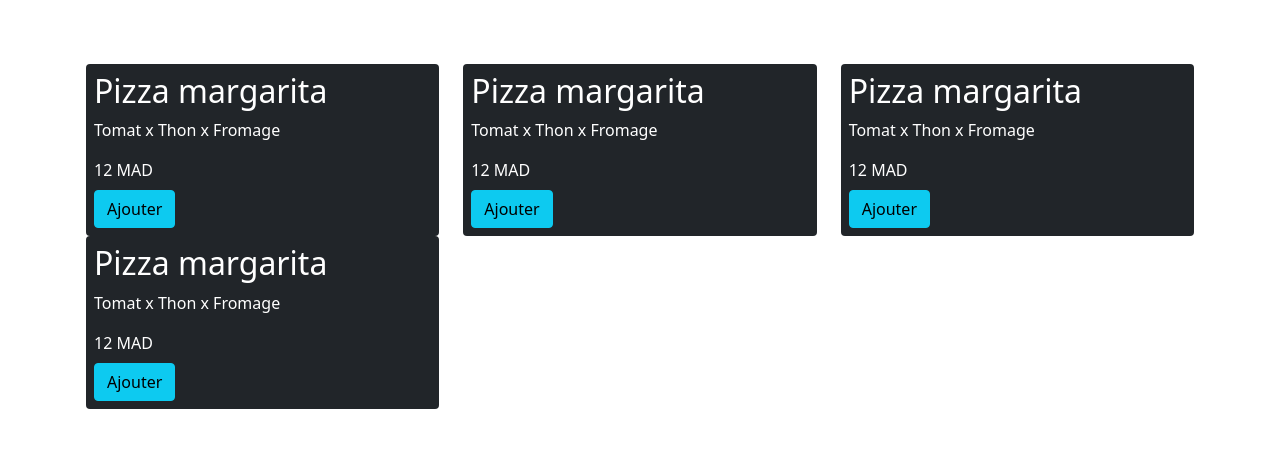
Repository: FS-23/my-restaurant
Page: /
These files come from the project's save history. The page is drawn as it stood at one moment and after the next save; the edit follows.
The browser window is 1280 px wide. The pictures show the whole page.
The project was rebuilt for these pictures with package versions that can differ from the ones it lists, and the page was loaded fresh each time.

Above is the page before, as saved 2022-04-29 13:49:18.

### public/index.html
<!DOCTYPE html>
<html lang="en">
  <head>
    <meta charset="utf-8" />
    <link rel="icon" href="%PUBLIC_URL%/favicon.ico" />
    <meta name="viewport" content="width=device-width, initial-scale=1" />
    <meta name="theme-color" content="#000000" />
    <meta
      name="description"
      content="Web site created using create-react-app"
    />
    <link rel="apple-touch-icon" href="%PUBLIC_URL%/logo192.png" />
    <!--
      manifest.json provides metadata used when your web app is installed on a
      user's mobile device or desktop. See https://developers.google.com/web/fundamentals/web-app-manifest/
    -->
    <link rel="manifest" href="%PUBLIC_URL%/manifest.json" />
    <!--
      Notice the use of %PUBLIC_URL% in the tags above.
      It will be replaced with the URL of the `public` folder during the build.
      Only files inside the `public` folder can be referenced from the HTML.

      Unlike "/favicon.ico" or "favicon.ico", "%PUBLIC_URL%/favicon.ico" will
      work correctly both with client-side routing and a non-root public URL.
      Learn how to configure a non-root public URL by running `npm run build`.
    -->
    <title>React App</title>
    <!-- CSS only -->
<link href="https://cdn.jsdelivr.net/npm/bootstrap@5.1.3/dist/css/bootstrap.min.css" rel="stylesheet">
  </head>
  <body>
    <noscript>You need to enable JavaScript to run this app.</noscript>
    <div id="root"></div>
    <!--
      This HTML file is a template.
      If you open it directly in the browser, you will see an empty page.

      You can add webfonts, meta tags, or analytics to this file.
      The build step will place the bundled scripts into the <body> tag.

      To begin the development, run `npm start` or `yarn start`.
      To create a production bundle, use `npm run build` or `yarn build`.
    -->
  </body>
</html>

### src/index.css
.plan-container {
    width: auto ;
    background-color: grey;
}

.app-gradient-container {
   background-image: linear-gradient(160deg , red , blue);
   opacity: 0.2;
}

### src/App.js
import Menu from './components/Menu'
function App() {
  return (
    <div className="">
       <div className='vw-100 vh-100 position-fixed text-white'>
           <div className='position-absolute d-none top-0 w-100 h-100 bg-dark app-gradient-container'>

           </div>
           <div className="mt-5 p-3 rounded container ">
              <Menu />
           </div>
       </div>
    </div>
  );
}

export default App;

### src/components/Menu.js
import Plat from "./Plat"
function Menu(){
    return (
        <div className="row">
            < Plat name="Pizza margarita" price="12" ingredient="Tomat x Thon x Fromage" />
            < Plat name="Pizza margarita" price="12" ingredient="Tomat x Thon x Fromage" />
            < Plat name="Pizza margarita" price="12" ingredient="Tomat x Thon x Fromage" />
            < Plat name="Pizza margarita" price="12" ingredient="Tomat x Thon x Fromage" />
        </div>
    )
}

export default Menu

### src/components/Plat.js

function Plat (props){
    return(
        <div className=" col-1 col-sm-2 col-lg-4" >
            <div className="bg-dark p-2 rounded">
                <h2>{props.name} </h2>
                <p> {props.ingredient}</p>
                <div>
                    {props.price} MAD
                </div>
                <button className="btn btn-info mt-2">Ajouter</button>
            </div>
       </div>


    )
}

export default Plat

Loaded but not shown: src/index.js (common file)

After the next save:
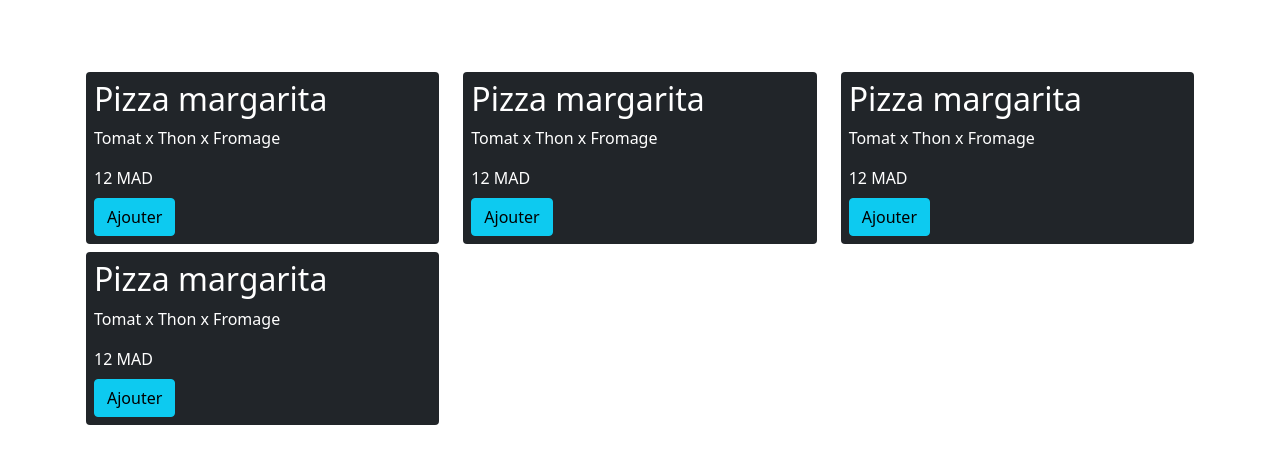
Saved 17 s later.
--- a/src/components/Plat.js
+++ b/src/components/Plat.js
@@ -1,7 +1,7 @@
 
 function Plat (props){
     return(
-        <div className=" col-1 col-sm-2 col-lg-4" >
+        <div className=" col-1 col-sm-2 col-lg-4 mt-2" >
             <div className="bg-dark p-2 rounded">
                 <h2>{props.name} </h2>
                 <p> {props.ingredient}</p>
